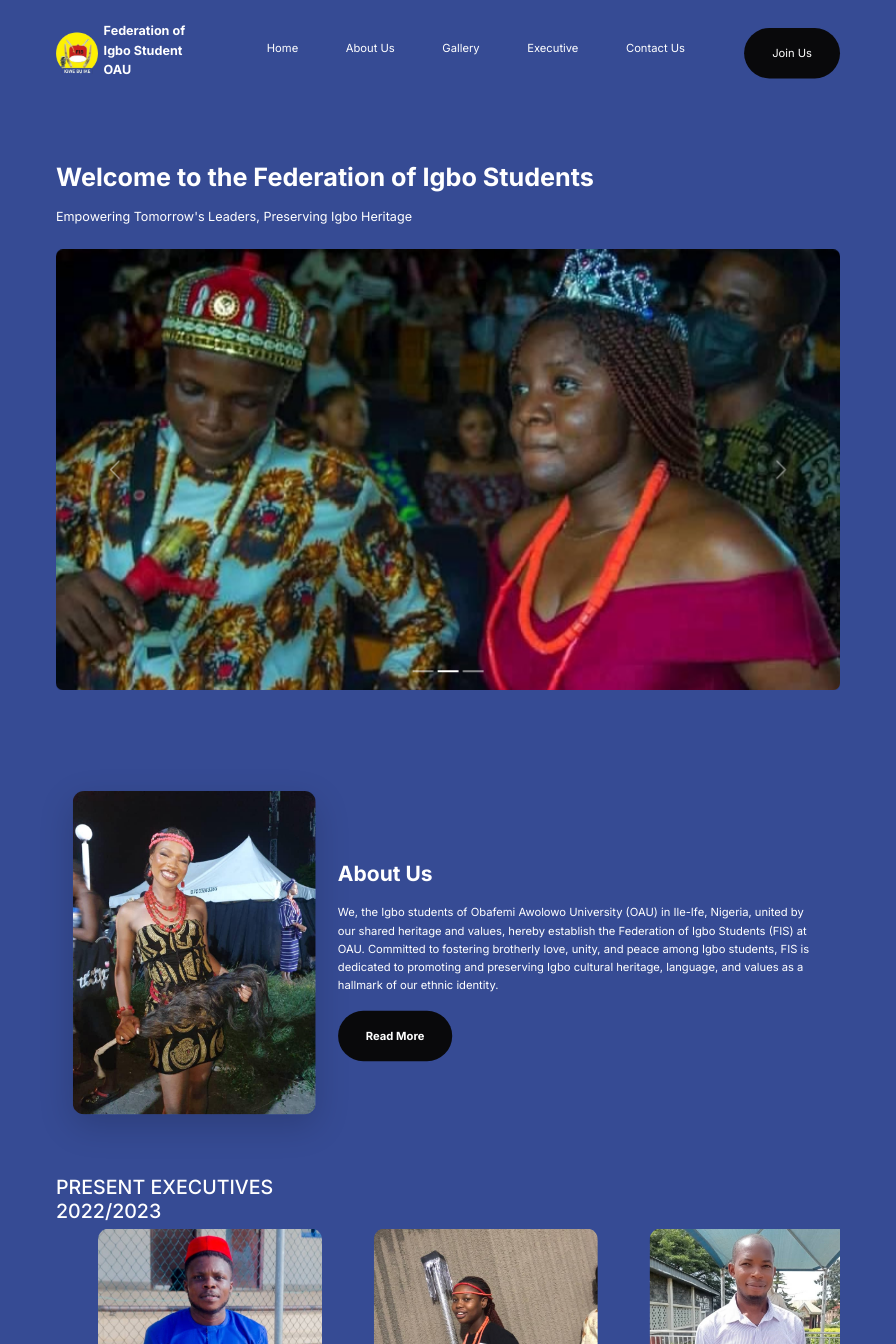
Repository: akinolapo/fis
Page: /
These files come from the project's save history. The page is drawn as it stood at one moment and after the next save; the edit follows.
The browser window is 1280 px wide. The pictures show the part of the page from y = 0 to 1920 px (the page is 3413 px tall), at 70% of full size.
The project was rebuilt for these pictures with package versions that can differ from the ones it lists, and the page was loaded fresh each time. The framework's server and built-in components were replaced by stand-ins that run in the browser. Also part of the build but not shown: next.config.mjs.

Above is the page before, as saved 2024-05-06 13:14:59.

After the next save:
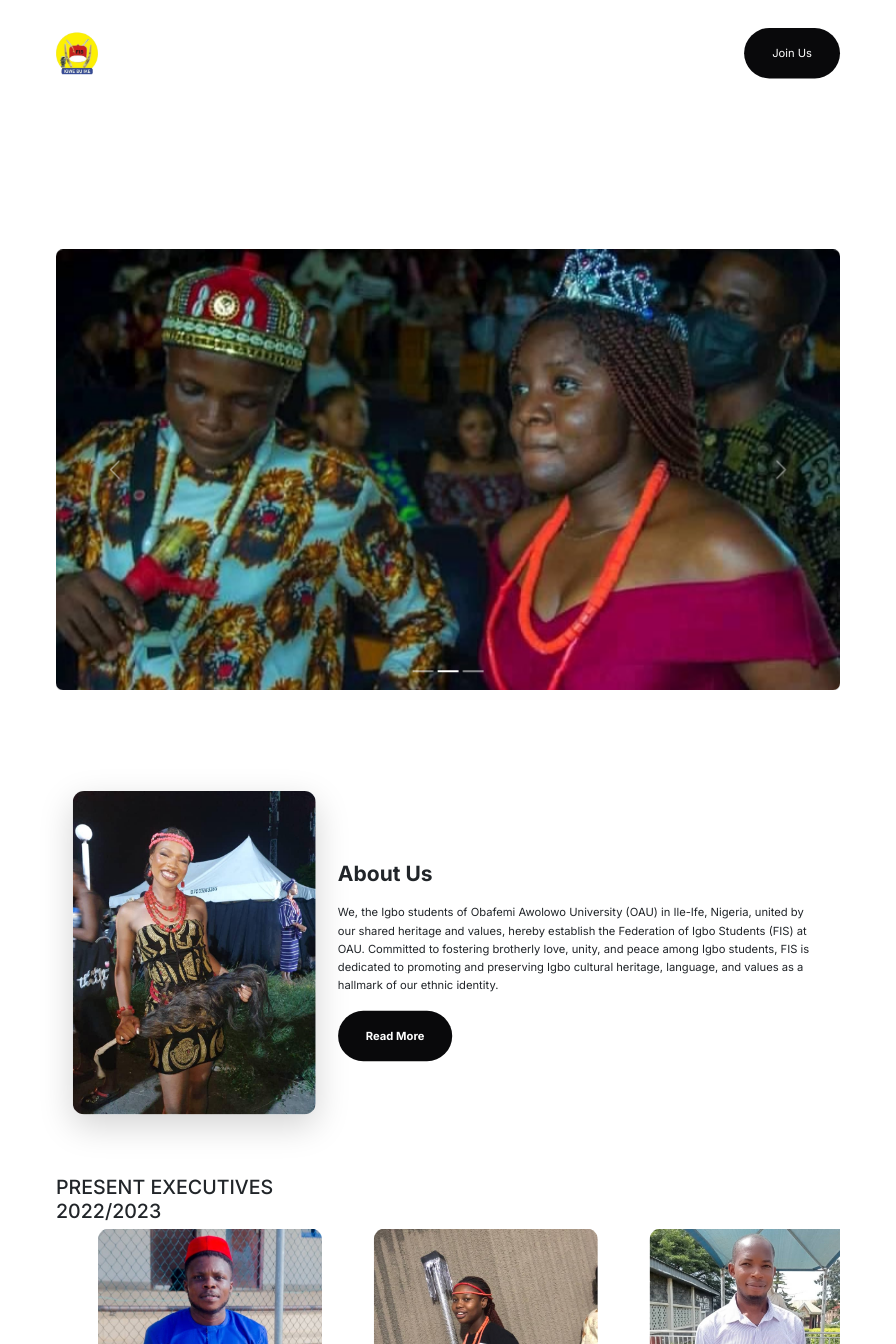
Saved 29 s later.
--- a/app/globals.css
+++ b/app/globals.css
@@ -6,6 +6,8 @@
   margin: 0;
   padding: 0;
 }
+
+.prim
 
 body {
   background: #364B94 !important;

After the 5 saves that followed:
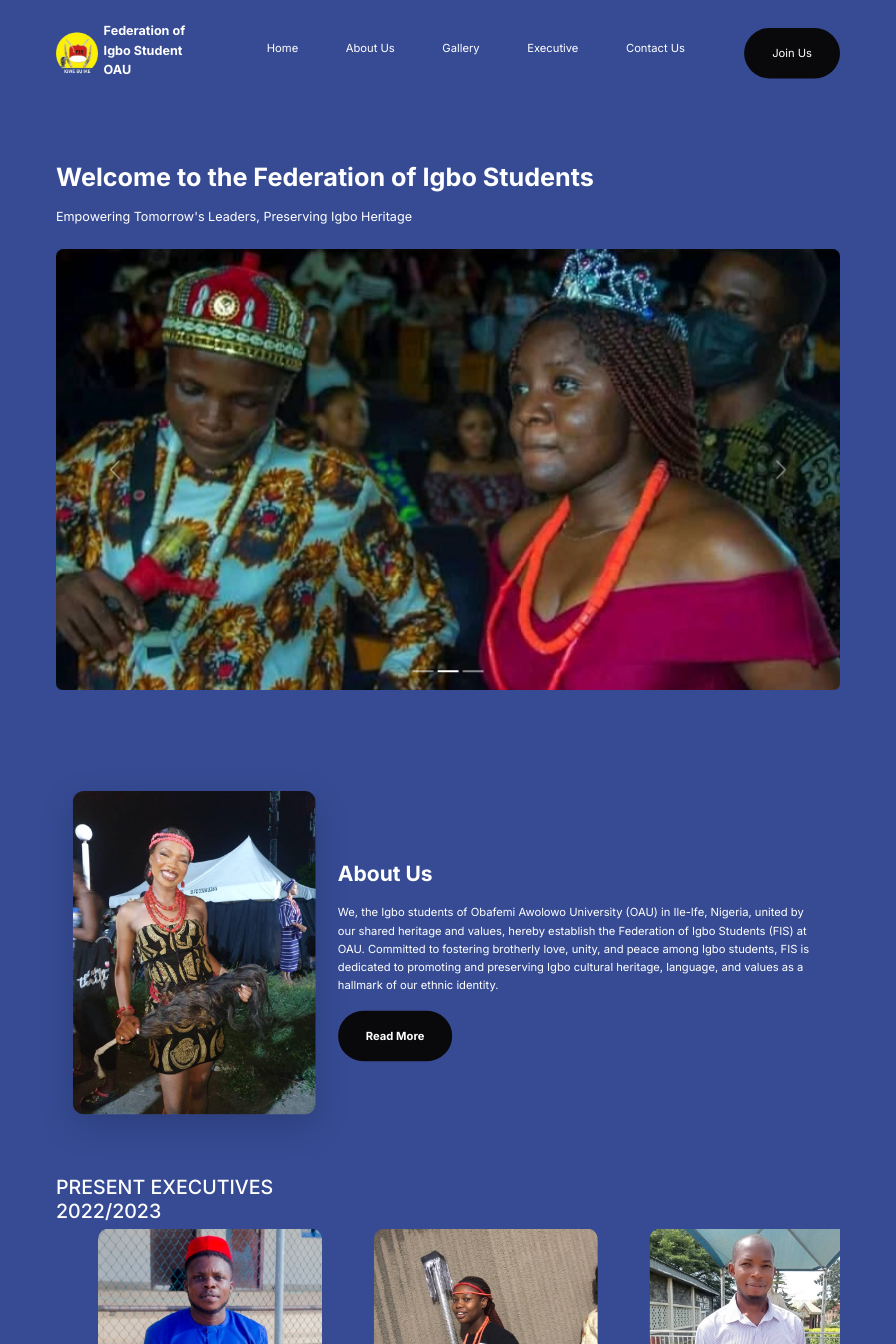
The 5 saves are shown as one change because 1 left the picture as it was and some came seconds apart.
The last was saved 17 s later.
--- a/app/globals.css
+++ b/app/globals.css
@@ -7,7 +7,9 @@
   padding: 0;
 }
 
-.prim
+.bg-primary{
+  background: #364B94;
+}
 
 body {
   background: #364B94 !important;
